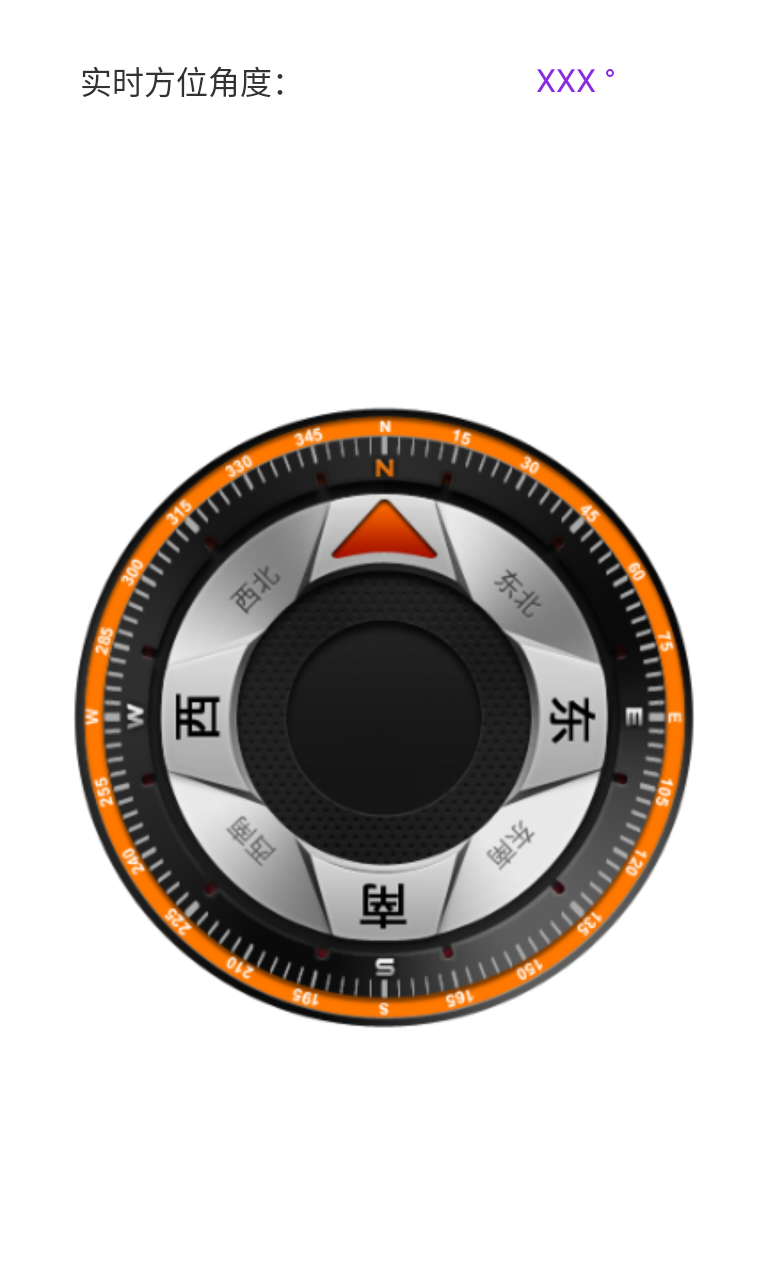
Repository: CovaWang/temporary_embedded
Layout: 7#车联·共享单车/代码/代码/res/layout/compass.xml
These files come from the project's save history. The layout is drawn as it stood at one moment and after the next save; the edit follows.
It is drawn on a 768 x 1280 px phone screen (xhdpi) without system bars, with theme AppTheme; the app's code is not run.

Above is the layout before, as saved 2024-04-17 10:39:42.

After the next save:
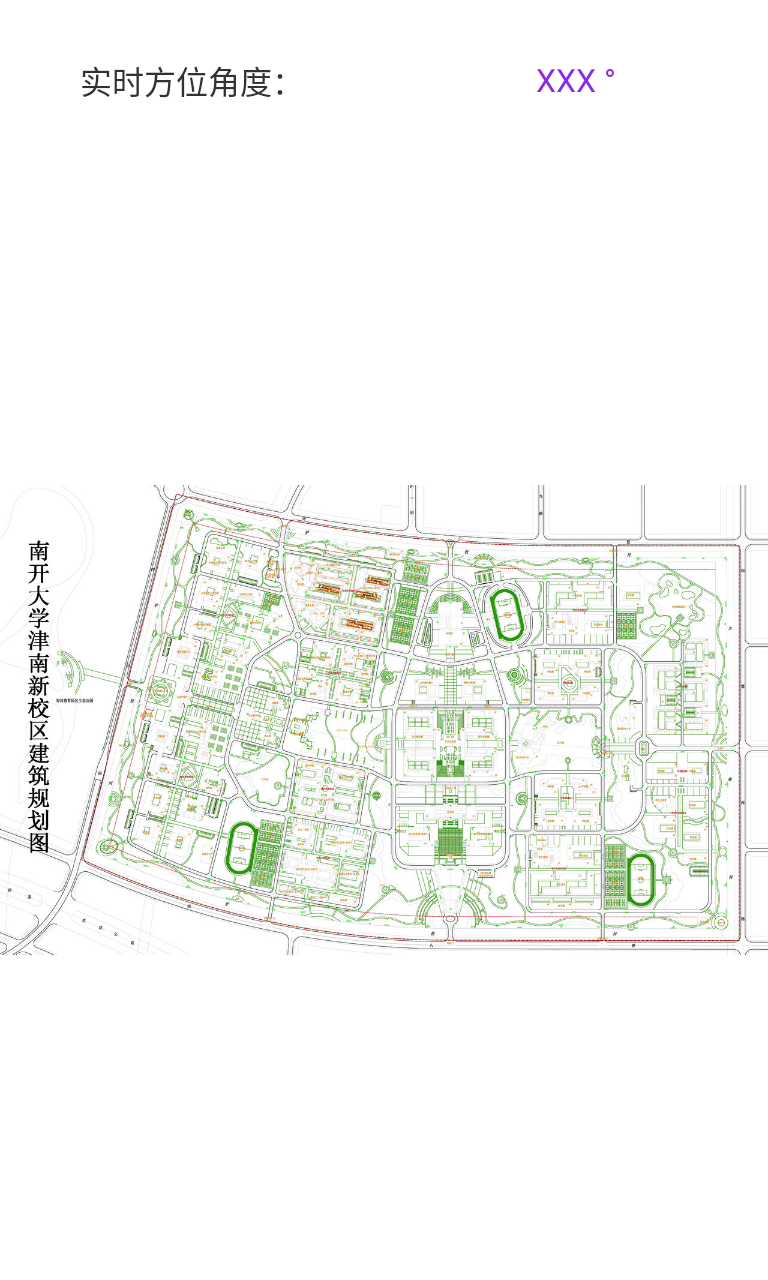
Saved 35 min 30 s later.
--- a/7#车联·共享单车/代码/代码/res/layout/compass.xml
+++ b/7#车联·共享单车/代码/代码/res/layout/compass.xml
@@ -34,7 +34,7 @@
         android:layout_width="match_parent"
         android:layout_height="match_parent"
         android:layout_gravity="center"
-        android:src="@drawable/compass1"
+        android:src="@drawable/map"
         android:layout_weight="1" />
 
 </LinearLayout>
